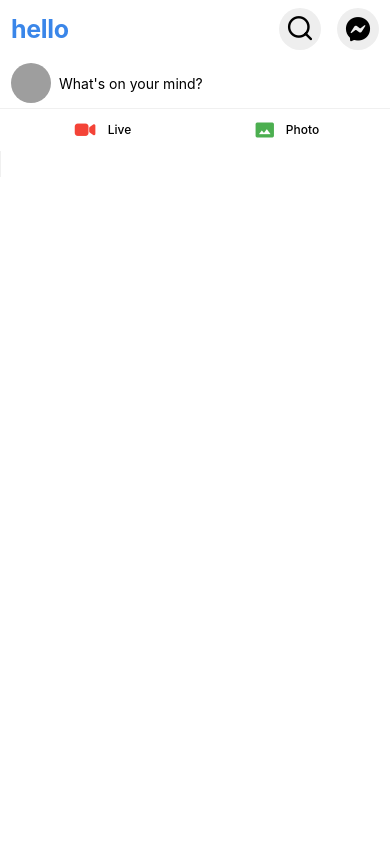
Repository: arafat877/React-Native-Facebook-Clone
Screen: /
An editor plug-in stored every save of this project. The screen is shown before and after the next save, followed by the edit.
Pictures or frames that could not be fetched are drawn as grey boxes. The app was drawn by React Native's web renderer in a window 390 px wide. The project was rebuilt for these pictures with package versions that can differ from the ones it lists, and the page was loaded fresh each time.

Above is the screen before, as saved 2020-10-03 21:27:56.

### App.js
import React from "react";
import { ScrollView, StyleSheet, StatusBar } from "react-native";
import styled from "styled-components/native";
import AppBar from "./components/AppBar";
import ToolBar from "./components/ToolBar";

const Container = styled.SafeAreaView`
  flex: 1;
`;

export default function App() {
  return (
    <>
      <StatusBar backgroundColor="#FFFFFF" barStyle="dark-content" />
      <Container>
        <ScrollView>
          <AppBar />
          <ToolBar />
        </ScrollView>
      </Container>
    </>
  );
}

const styles = StyleSheet.create({
  container: {
    flex: 1,
    backgroundColor: "#fff",
    alignItems: "center",
    justifyContent: "center",
  },
});

### components/AppBar.js
import React from "react";
import { ScrollView, StyleSheet, View } from "react-native";
import styled from "styled-components/native";
import { Feather, MaterialCommunityIcons } from "@expo/vector-icons";

const Container = styled.View`
  width: 100%;
  height: 58px;
  padding: 0 11px;
  align-items: center;
  flex-direction: row;
  justify-content: space-between;
`;

const Row = styled.View`
  flex-direction: row;
`;

const Button = styled.TouchableOpacity`
  width: 42px;
  height: 42px;
  border-radius: 21px;
  background: #eeeeee;
  align-items: center;
  justify-content: center;
  margin-left: 16px;
`;

const Text = styled.Text`
  color: #3a86e9;
  font-size: 25px;
  font-weight: bold;
  letter-spacing: -0.3px;
`;

const AppBar = () => {
  return (
    <Container>
      <Text>hello</Text>
      <Row>
        <Button>
          <Feather name="search" size={29} color="black" />
        </Button>
        <Button>
          <MaterialCommunityIcons name="facebook-messenger" size={29} color="black" />
        </Button>
      </Row>
    </Container>
  );
};

export default AppBar;

### components/ToolBar.js
import React from "react";
import styled from "styled-components/native";
import Avatar from "./Avatar";
import { Ionicons, MaterialIcons } from "@expo/vector-icons";

const Container = styled.View`
  width: 100%;
  height: 92px;
`;

const Row = styled.View`
  flex-direction: row;
  background: #ffffff;
  width: 100%;
  padding: 0 11px;
  align-items: center;
`;

const Input = styled.TextInput`
  height: 50px;
  width: 100%;
  padding: 0 8px;
`;

const Divider = styled.View`
  width: 100%;
  height: 0.5px;
  background: #f0f0f0;
`;

const Menu = styled.View`
  flex: 1;
  flex-direction: row;
  align-items: center;
  justify-content: center;
  height: 42px;
`;

const MenuText = styled.Text`
  padding-left: 11px;
  font-weight: 500;
  font-size: 12px;
`;

const Seperator = styled.View`
  width: 1px;
  height: 26px;
  background: #f0f0f0;
`;

const ToolBar = () => {
  return (
    <Container>
      <Row>
        <Avatar source={require("../assets/user1.jpeg")} />
        <Input placeholder="What's on your mind?" />
      </Row>
      <Divider />
      <Row>
        <Menu>
          <Ionicons name="ios-videocam" size={22} color="#F44337" />
          <MenuText>Live</MenuText>
        </Menu>
        <Menu>
          <MaterialIcons
            name="photo-size-select-actual"
            size={20}
            color="#4CAF50"
          />
          <MenuText>Photo</MenuText>
        </Menu>
      </Row>
      <Seperator />
    </Container>
  );
};

export default ToolBar;

### components/Avatar.js
import React from "react";
import styled from "styled-components/native";

const Container = styled.View`
  width: 40px;
  height: 40px;
  position: relative;
`;

const User = styled.Image`
  width: 40px;
  height: 40px;
  border-radius: 20px;
`;
const Avatar = ({ source }) => {
  return (
    <Container>
      <User source={source} />
    </Container>
  );
};

export default Avatar;

After the next save:
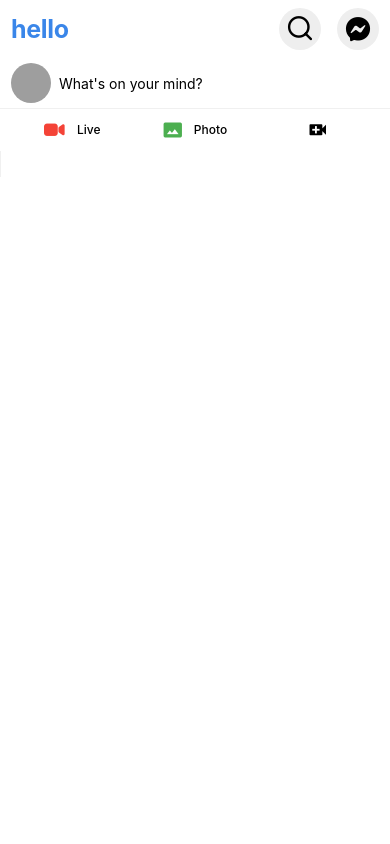
Saved 75 s later.
--- a/components/ToolBar.js
+++ b/components/ToolBar.js
@@ -1,7 +1,11 @@
 import React from "react";
 import styled from "styled-components/native";
 import Avatar from "./Avatar";
-import { Ionicons, MaterialIcons } from "@expo/vector-icons";
+import {
+  Ionicons,
+  MaterialIcons,
+  MaterialCommunityIcons,
+} from "@expo/vector-icons";
 
 const Container = styled.View`
   width: 100%;
@@ -69,6 +73,9 @@
           />
           <MenuText>Photo</MenuText>
         </Menu>
+        <Menu>
+          <MaterialCommunityIcons name="video-plus" size={22} color="E141FC" />
+        </Menu>
       </Row>
       <Seperator />
     </Container>
